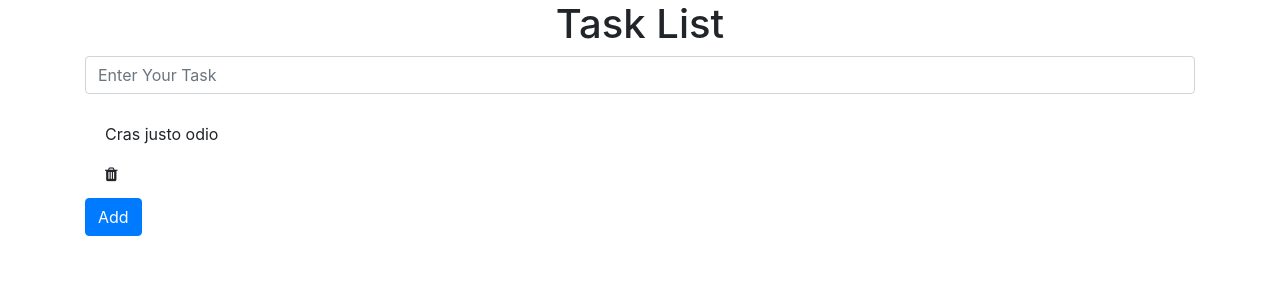
Repository: hoangphuong965/todolist
Page: index.html
These files come from the project's save history. The page is drawn as it stood at one moment and after a run of saves; the edit follows.
The browser window is 1280 px wide. The pictures show the whole page.

Above is the page before, as saved 2020-09-04 14:12:01.

After the next 5 saves:
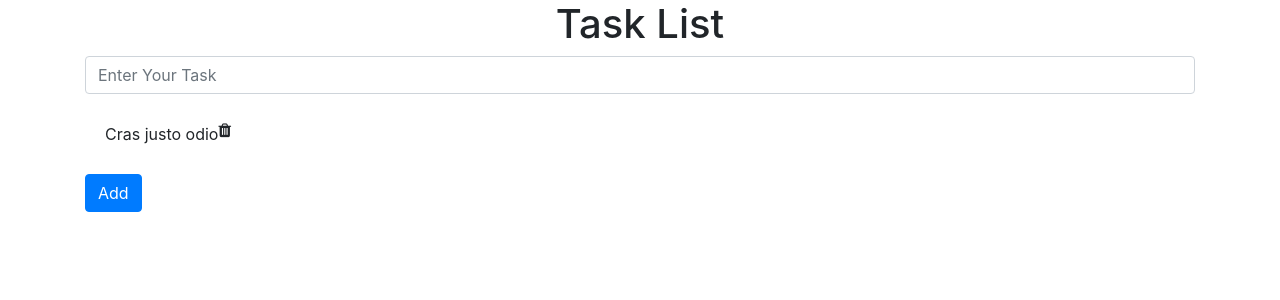
The 5 saves are shown as one change because they came seconds apart.
The last was saved 17 s later.
--- a/style.css
+++ b/style.css
@@ -1,3 +1,4 @@
 .tst{
-
+     display: flex;
+     justify-content: ;
 }
